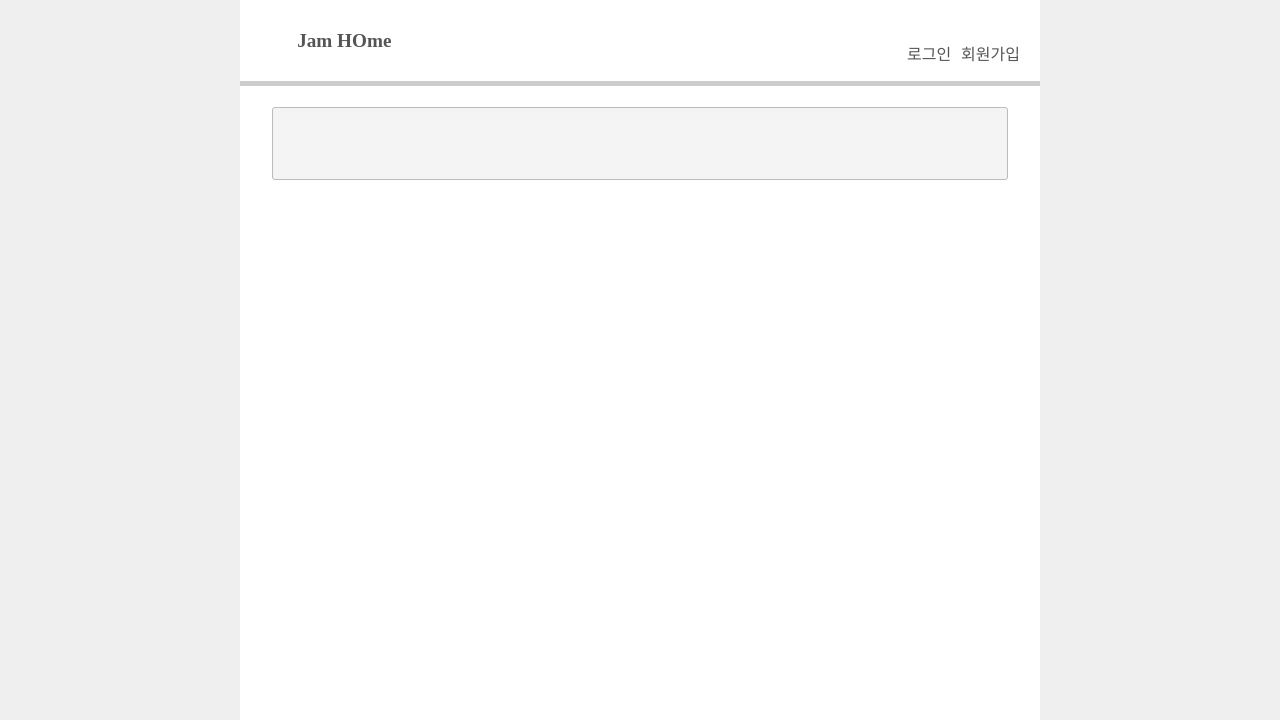
Repository: woals5636/JSPClass
Page: http://localhost/jspPro/days01/ex03_02.jsp
An editor plug-in stored every save of this project. The page is shown before and after the next save, followed by the edit.
The browser window is 1280 px wide. The pictures show the whole page.
Some web fonts or font styles are not loaded; a fallback is used. The page is served by Tomcat 9. Other server files are loaded and not shown.

Above is the page before, as saved 2024-10-15 05:54:56.

### jspPro/src/main/webapp/days01/ex03_02.jsp
<%@ page contentType="text/html; charset=UTF-8" pageEncoding="UTF-8"%>
<!DOCTYPE html>
<html>
<head>
<meta charset="UTF-8">
<title>Insert title here</title>
<link rel="shortcut icon" type="image/x-icon" href="http://localhost/jspPro/images/SiSt.ico">
<script src="https://ajax.googleapis.com/ajax/libs/jquery/3.7.1/jquery.min.js"></script>
<meta name="viewport" content="width=device-width, initial-scale=1.0">
<meta name="google" content="notranslate">
<link rel="stylesheet" href="http://localhost/jspPro/resources/cdn-main/example.css">
<script src="http://localhost/jspPro/resources/cdn-main/example.js"></script>
<style>
 span.material-symbols-outlined{
    vertical-align: text-bottom;
 }
</style>
</head>
<body>
<header>
  <h1 class="main"><a href="#" style="position: absolute;top:30px;">Jam HOme</a></h1>
  <ul>
    <li><a href="#">로그인</a></li>
    <li><a href="#">회원가입</a></li>
  </ul>
</header>
<div>
  <xmp class="code">

  </xmp>
</div>
</body>
</html>

### jspPro/src/main/webapp/resources/cdn-main/example.css
@charset "UTF-8";

@import url('https://fonts.googleapis.com/css2?family=Material+Symbols+Outlined:opsz,wght,FILL,GRAD@20..48,100..700,0..1,-50..200');

@font-face {
    font-family: 'GmarketSansMedium';
    src: url('https://cdn.jsdelivr.net/gh/projectnoonnu/noonfonts_2001@1.1/GmarketSansMedium.woff') format('woff');
    font-weight: normal;
    font-style: normal;
}

:root {
	--text-color: #555;
	--sub-text-color: #777;
	--back-color: #EFEFEF;
	--header-color: #444;
	--primary-color: #DEDEDE;
	--secondary-color: #EFEFEF;
	--default-width: 800px;
	--narrow-width: 500px;
	--wide-width: 1200px;
	--text-font: 'GmarketSansMedium';
	--icon-font: 'Material Symbols Outlined';
	--border-color: #CCC;
}

html, body {
	margin: 0;
	padding: 0;
}

html {
	background-color: var(--back-color);
	display: flex;
	justify-content: center;
	min-height: 100vh;
}

body, body.default {
	width: var(--default-width);
	background-color: white;
	padding-bottom: 120px;
}

body.wide {
	width: var(--wide-width);
}

body.narrow {
	width: var(--narrow-width);
}



body, p, div, span, a, input, select, option, textarea, button, table, th, td, label, fieldset, legend {
	font-family: var(--text-font);
	color: var(--text-color);
}

h1, h2, h3 {
	font-family: var(--text-font);
	color: var(--header-color);
	padding: 0 1rem;
	padding-top: .5rem;
}

div > h1, div > h2, div > h3 {
	padding: 0;
}

body > div, body > main > div {
	padding: 0.3rem 1rem;
}


h1 { font-size: 2rem; border-bottom: 1px solid var(--border-color); }
h1 small { font-size: 1.2rem; color: var(--sub-text-color); }
h2 { font-size: 1.5rem; border-bottom: 1px dashed var(--border-color); }
h2 small { font-size: 1.1rem; color: --sub-text-color; }
h3 { font-size: 1.2rem; }
h3 small { font-size: 1rem; color: --sub-text-color; }



h1.main::before {
	font-family: var(--icon-font);
  	content: '\e666';
  	margin-right: 10px;
  	float: left;
	font-size: 2.5rem;
}

h1.sub::before {
	font-family: var(--icon-font);
  	content: '\ea19';
  	margin-right: 10px;
  	float: left;
	font-size: 2.5rem;
}


h1.page::before {
	font-family: var(--icon-font);
  	content: '\e0e0';
  	margin-right: 10px;
  	float: left;
	font-size: 2.5rem;
}

body > header > ul > li > .active{
	background-color: #FFF;
	color:#F00;
}

body > header {
	display: flex;
	justify-content: space-between;
	border-bottom: 5px solid var(--border-color);
	min-height: 74px;
	background-color: #FFF;
}

body > header.sticky {
	position: sticky;
	top: 0;
	z-index: 98;
}

body > header > h1 {
	font-size: 1.2rem;
	border: 0;
}

body > header.in > h1::before {
	font-family: var(--icon-font);
  	content: '\e332‥';
  	margin-right: 3px;
  	float: left;
	font-size: 2rem;
}


body > header > ul {
	list-style-type: none;
	display: flex;
	align-items: flex-end;
	margin-right: 10px;
}

body > header > ul > li {
	margin-right: 10px;
	cursor: pointer;
}

body > header > ul > li > a {
	cursor: pointer;
}


form {
	display: block;
}

form > div {
	padding: 0.3rem 1rem;
}

div > form > div {
	padding: 0.3rem 0;
}

input, textarea, button, select {
	border: 1px solid #BBB;
	border-radius: 3px;
	outline: none;
	resize: none;
	padding: 7px;
	margin: 0;
}

input[type=text]:read-only, textarea:read-only {
	cursor: not-allowed;
	background-color: #FFF;
}

input[type=text]:disabled, textarea:disabled {
	cursor: not-allowed;
	background-color: #EEE;
}

input[type=text], input[type=password], textarea, button, select {
	/* width: 300px; */
}

textarea {
	display: block;
	height: 100px;
}

input[type=button], input[type=submit], button {
	/* width: inherit; */
}

input.short, textarea.short, button.short, select.short {
	width: 100px;
}

input.long, textarea.long, button.long, select.long {
	width: 350px;
}

.narrow input.long, .narrow textarea.long, .narrow button.long, .narrow select.long {
	width: calc(100% - 20px);
}

input.full, textarea.full, button.full, select.full {
	width: calc(100% - 20px);
}

textarea.short {
	height: 50px;
}

textarea.long {
	height: 100px;
}

textarea.full {
	height: 200px;
}

input, textarea {
	padding-top: 8px;
}

input[type=button], input[type=submit], button {
	padding: 5px 10px;
	background-color: var(--secondary-color);
	cursor: pointer;
	min-height: 36px;
}

input[type=button].primary, input[type=submit].primary, button.primary {
	/* background-color: rgba(100, 149, 237, .2); */
	background-color: var(--primary-color);
}

input[type=button].primary:hover, input[type=submit].primary:hover, button.primary:hover {
	/* background-color: rgba(100, 149, 237, .3); */
	background-color: var(--secondary-color);
}

input[type=button]:hover, input[type=submit]:hover, button:hover {
	background-color: var(--primary-color);
}

button {
	position: relative;
	left: 0;
	top: 0;
	padding-left: 35px;
}

button .material-symbols-outlined {
	position: absolute;
	left: 10px;
	top: 4px;
}

/* k2nik add */
button.login::before {
	font-family: var(--icon-font);
  	content: '\ea77';
	position: absolute;
	left: 11px;
	top: 4px;
	font-size: 1.25rem;
}

/* k2nik logout */
button.logout::before {
	font-family: var(--icon-font);
  	content: '\e9ba';
	position: absolute;
	left: 11px;
	top: 4px;
	font-size: 1.25rem;
}

/* k2nik help */
button.help::before {
	font-family: var(--icon-font);
  	content: '\f1c0';
	position: absolute;
	left: 11px;
	top: 4px;
	font-size: 1.25rem;
}

button.add::before{
	font-family: var(--icon-font);
  	content: '\e746';
	position: absolute;
	left: 11px;
	top: 4px;
	font-size: 1.25rem;
}

button.back::before {
	font-family: var(--icon-font);
  	content: '\e166';
	position: absolute;
	left: 11px;
	top: 4px;
	font-size: 1.25rem;
}

button.list::before {
	font-family: var(--icon-font);
  	content: '\e0ee';
	position: absolute;
	left: 11px;
	top: 4px;
	font-size: 1.25rem;
}


button.del::before {
	font-family: var(--icon-font);
  	content: '\e872';
	position: absolute;
	left: 11px;
	top: 4px;
	font-size: 1.25rem;
}


button.edit::before {
	font-family: var(--icon-font);
  	content: '\e745';
	position: absolute;
	left: 11px;
	top: 4px;
	font-size: 1.25rem;
}


button.login::before {
	font-family: var(--icon-font);
  	content: '\ea77';
	position: absolute;
	left: 11px;
	top: 4px;
	font-size: 1.25rem;
}


button.logout::before {
	font-family: var(--icon-font);
  	content: '\e9ba';
	position: absolute;
	left: 11px;
	top: 4px;
	font-size: 1.25rem;
}


button.in::before {
	font-family: var(--icon-font);
  	content: '\f71a';
	position: absolute;
	left: 11px;
	top: 4px;
	font-size: 1.25rem;
}


button.out::before {
	font-family: var(--icon-font);
  	content: '\f70e';
	position: absolute;
	left: 11px;
	top: 4px;
	font-size: 1.25rem;
}


button.reply::before {
	font-family: var(--icon-font);
  	content: '\e15e';
	position: absolute;
	left: 11px;
	top: 4px;
	font-size: 1.25rem;
}


button.comment::before {
	font-family: var(--icon-font);
  	content: '\e0b9';
	position: absolute;
	left: 11px;
	top: 4px;
	font-size: 1.25rem;
}


button.modal::before {
	font-family: var(--icon-font);
  	content: '\e89e';
	position: absolute;
	left: 11px;
	top: 4px;
	font-size: 1.25rem;
}


button.ok::before {
	font-family: var(--icon-font);
  	content: '\e86c';
	position: absolute;
	left: 11px;
	top: 4px;
	font-size: 1.25rem;
}


button.cancel::before {
	font-family: var(--icon-font);
  	content: '\e5c9';
	position: absolute;
	left: 11px;
	top: 4px;
	font-size: 1.25rem;
}

button.search::before {
	font-family: var(--icon-font);
  	content: '\e8b6';
	position: absolute;
	left: 11px;
	top: 4px;
	font-size: 1.25rem;
}

button.home::before {
	font-family: var(--icon-font);
  	content: '\e88a';
	position: absolute;
	left: 11px;
	top: 4px;
	font-size: 1.25rem;
}


button.sidebar::before {
	font-family: var(--icon-font);
  	content: '\f7e4';
	position: absolute;
	left: 11px;
	top: 4px;
	font-size: 1.25rem;
}


button.sidebar-right::before {
	font-family: var(--icon-font);
  	content: '\f7e5';
	position: absolute;
	left: 11px;
	top: 4px;
	font-size: 1.25rem;
}




button::before {
	font-family: var(--icon-font);
  	content: '\e323';
	position: absolute;
	left: 11px;
	top: 4px;
	font-size: 1.25rem;
}


table {
	border-collapse: collapse;
	margin: 1rem;
	box-sizing: border-box;
	width: calc(100% - 32px);
}

table.content {
	width: auto;
}

div > table {
	margin: 0;
}

table th, table td {
	border: 1px solid var(--border-color);
	padding: 7px;
	font-weight: normal;
}

table th {
	background-color: var(--back-color);
}

table.vertical th {
	width: 150px;
}

table.vertical td {
	width: calc(100% - 182px);
	padding-left: 10px;
}

table.content td, table.content th {
	width: auto;
}

body.narrow table.vertical th {
	width: 100px;
}

body.narrow table.vertical td {
	width: calc(100% - 182px);
}


table + table {
	margin-top: 30px;
}


p {
	padding: 0 1rem;
}

a {
	text-decoration: none;
}

a:hover {
	color: rgba(255, 99, 71, .7);
}

hr {
	border: 0;
	border-top: 1px solid var(--border-color);
	margin: 2rem 0;
}

.message {
	border: 1px solid var(--border-color);
	background-color: #EFEFEF;
	margin: 1rem;
	width: auto;
	padding-top: 10px;
	padding-bottom: 10px;
	font-size: 14px;
}

.message[title]::before {
	content: attr(title);
	display: block;
	border-bottom: 1px solid var(--border-color);
	padding-bottom: 5px;
	margin-bottom: 10px;
	margin-top: 7px;
}

.message.short {
	max-width: 250px;
}

.message.long {
	max-width: 500px;
}

.badge {
	float: right;
	font-size: .8rem;
	margin-top: 2px;
	margin-right: 2px;
	text-shadow: 0 0 7px gray;
}

.badge.left {
	float: none;
	margin-left: 2px;
}

.badge.right {
	float: right;
}

.badge.red {
	border-radius: 50%;
	padding: 2px 5px;
	background-color: rgb(255, 99, 71, .3);
}

.badge.yellow {

	border-radius: 50%;
	padding: 2px 5px;
	background-color: rgb(255, 215, 0, .5);
}

.badge.blue {
	border-radius: 50%;
	padding: 2px 5px;
	background-color: rgb(100, 149, 237, .3);
}

label + label {
	margin-left: 7px;
}

label input[type=checkbox], label input[type=radio] {
	transform: translate(0, 1px);
}

.group {
	display: flex;
}

.modal-content .group {
	margin-bottom: .5rem;
}

.group label {
	border: 1px solid #BBB;
	border-radius: 3px;
	outline: none;
	resize: none;
	padding: 7px 14px;
	margin: 0;
	border-top-right-radius: 0;
	border-bottom-right-radius: 0;
	background-color: #EFEFEF;
	white-space: nowrap;
	font-size: 14px;
}

.group input[type=text] {
	margin-left: -1px;
	border-top-left-radius: 0;
	border-bottom-left-radius: 0;
}

.group select {
	margin-left: -1px;
	border-top-left-radius: 0;
	border-bottom-left-radius: 0;
}

.group input.full[type=text] {
	margin-left: -1px;
	border-top-left-radius: 0;
	border-bottom-left-radius: 0;
	width: 100%;
}

.group input[type=button]:first-child, .group button:first-child {
	border-top-left-radius: 3px;
	border-bottom-left-radius: 3px;
	margin-left: 0px;
}

.group input[type=button], .group button {
	border-radius: 0;
	margin-left: -1px;
}

.group input[type=button]:last-child, .group button:last-child {
	margin-left: -1px;
	border-top-right-radius: 3px;
	border-bottom-right-radius: 3px;
}

.seperate {
	display: flex;
	justify-content: space-between;
}

div.list {
	width: max-content;
	margin: 1rem;
	border: 1px solid #BBB;
	border-radius: 3px;
	padding: 0;
}

div.list.full {
	width: auto;
	display: block;
	margin: 1rem;
	border: 1px solid #BBB;
	border-radius: 3px;
	padding: 0;
}

div.list > div {
	padding: .5rem 1rem;
	margin: 0;
	border-bottom: 1px solid #BBB;
}

div.list > div:last-child {
	border-bottom: 0;
}

pre.code , xmp.code{
	font-family: consols;
	background-color: rgba(150, 150, 150, .1);
	border: 1px solid #BBB;
	border-radius: 3px;
	padding: .5rem 1rem;
	padding-bottom: .6rem;
	margin: 1rem;
}




*[data-modal-window] {
	position: fixed;
	background-color: rgba(0, 0, 0, .3);
	left: 0;
	top: 0;
	display: none;
	justify-content: center;
	align-items: flex-start;
	width: 100%;
	min-height: 100vh;
	z-index: 100;
	opacity: 0;
	transition: 500ms all;
}

*[data-modal-window] .modal-container {
	border-radius: 5px;
	padding: 1rem;
	padding-bottom: .5rem;
	margin-top: -500px;
	opacity: 0;
	width: 500px;
	background-color: #FFF;
	margin-right: 2rem;
	transition: 500ms all;
}

*[data-modal-size=content] .modal-container {
	width: auto;
}

*[data-modal-size=narrow] .modal-container {
	width: 300px;
}

*[data-modal-size=wide] .modal-container {
	width: 760px;
}


*[data-modal-window] .modal-header {
	border-bottom: 1px solid var(--border-color);
	padding: 2px 5px;
}

*[data-modal-window] .modal-content {
	padding: 1rem 5px;
}

*[data-modal-window] .modal-content div:last-child {
	margin-top: 1rem;
	text-align: right;
}



*[data-sidebar-window] {
	position: fixed;
	background-color: #FFF;
	left: 0;
	top: 0;
	display: block;
	width: 300px;
	border-right: 1px solid var(--border-color);
	box-sizing: border-box;
	box-shadow: 0 0 3px var(--back-color);
	min-height: 100vh;
	z-index: 99;
	transform: translate(-300px, 0);
	transition-duration: 500ms;
	transition-property: transform;
}

*[data-sidebar-direction=right] {
	left: auto;
	right: 0;
	transform: translate(300px, 0);
	border-left: 1px solid var(--border-color);
}

*[data-sidebar-size=wide] {
	width: 500px;
	transform: translate(-500px, 0);
}

*[data-sidebar-window] .sidebar-title {
	border-bottom: 1px solid var(--border-color);
	margin-top: 20px;
	margin-bottom: 20px;
	padding-bottom: 5px;
	display: flex;
	justify-content: space-between;
}

*[data-sidebar-window] .sidebar-title span:last-child {
	cursor: pointer;
}


/* K2Nik pagination */
.center {
  text-align: center;
}

.pagination {
  display: inline-block;
}

.pagination a {
  color: black;
  float: left;
  padding: 3px 6px;
  text-decoration: none;
  transition: background-color .3s;
  border: 1px solid #ddd;
  margin: 0 3px;
}

.pagination a.active {
  background-color: #4CAF50;
  color: white;
  border: 1px solid #4CAF50;
}

.pagination a:hover:not(.active) {background-color: #ddd;}

### jspPro/src/main/webapp/resources/cdn-main/example.js

window.onload = () => {

    const list = document.querySelectorAll('input, textarea');

    list.forEach(item => {
        item.setAttribute('autocomplete', 'off');
    });


    const modal_btn_list = document.querySelectorAll('*[data-modal-button]');

    modal_btn_list.forEach(item => {
        item.onclick = function() {

            const name = this.dataset['modalButton'];
            const modal_window = document.querySelector('*[data-modal-window=' + name);

            const container = document.createElement('div');
            container.className = 'modal-container';



            const modal_header = document.createElement('div');
            modal_header.textContent = modal_window.dataset['modalTitle'];
            modal_header.className = 'modal-header';
            container.appendChild(modal_header);

            const modal_content = document.createElement('div');
            modal_content.className = 'modal-content';
            container.appendChild(modal_content);

            Array.from(modal_window.childNodes).forEach(item => {
                modal_content.appendChild(item);
            });

            modal_window.appendChild(container);

            modal_window.style.display = 'flex';

            setTimeout(() => {
                modal_window.style.opacity = 1;
                container.style.marginTop = '20px';
                container.style.opacity = 1;
            }, 50);


            const modal_ok = document.querySelector('*[data-modal-ok=' + name);
            modal_ok.addEventListener('click', function() {
                modal_window.style.opacity = 0;
                container.style.marginTop = '-500px';
                container.style.opacity = 0;

                setTimeout(() => {
                    modal_window.innerHTML = modal_content.innerHTML;
                    modal_window.style.display = 'none';
                }, 500);

            });

            const modal_cancel = document.querySelector('*[data-modal-cancel=' + name);
            modal_cancel.addEventListener('click', function() {

                modal_window.style.opacity = 0;
                container.style.marginTop = '-500px';
                container.style.opacity = 0;

                setTimeout(() => {
                    modal_window.innerHTML = modal_content.innerHTML;
                    modal_window.style.display = 'none';
                }, 500);
            });


        };
    });


    const sidebar_btn_list = document.querySelectorAll('*[data-sidebar-button]');

    sidebar_btn_list.forEach(item => {
        item.onclick = function() {



            const name = this.dataset['sidebarButton'];
            const sidebar_window = document.querySelector('*[data-sidebar-window=' + name);

            if (sidebar_window.style.transform == 'translate(0px, 0px)') return;



            sidebar_window.style.transform = 'translate(0, 0)';

            const sidebar_title = document.createElement('div');
            sidebar_title.className = 'sidebar-title';
            sidebar_title.innerHTML = '<span>' + sidebar_window.dataset['sidebarTitle'] + '</span><span class="material-symbols-outlined">close</span>';

            sidebar_title.children[1].onclick = function() {

                let sign = 1;
                let distance = 300;

                if (sidebar_window.dataset['sidebarDirection'] != 'right') {
                    sign = -1;
                } else {
                    sign = 1;
                }

                if (sidebar_window.dataset['sidebarSize'] != 'wide') {
                    distance = 300;
                } else {
                    distance = 500;
                }

                distance *= sign;

                sidebar_window.style.transform = 'translate(' + distance + 'px, 0)';

                setTimeout(function() {
                    sidebar_window.removeChild(sidebar_window.children[0]);
                }, 500);
            };


            sidebar_window.prepend(sidebar_title);

        }
    });

};

// window.onkeydown = function(event) {

//     if (event.keyCode == 27) {
//         if (document.querySelector('[data-modal-window').style.display == 'flex') {
//             document.querySelector('[data-modal-window').style.display = 'none';
//         }
//     }

// };

After the next save:
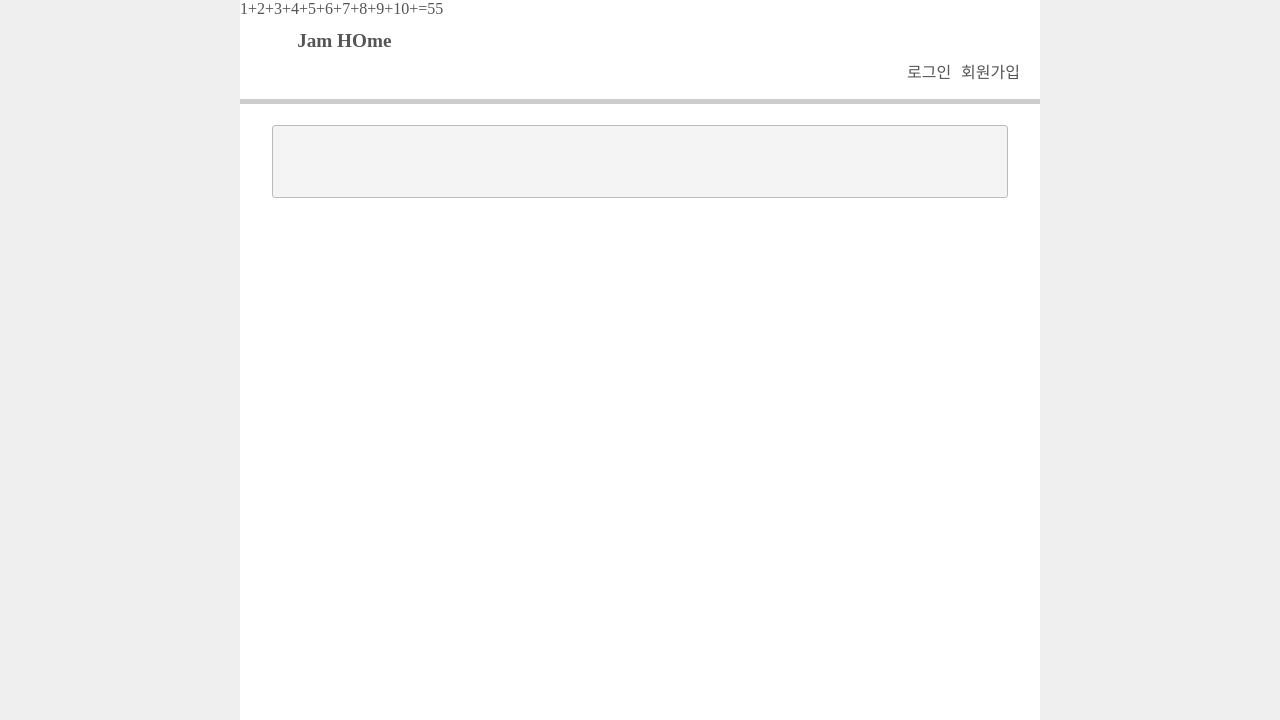
Saved 13 min 0 s later.
--- a/jspPro/src/main/webapp/days01/ex03_02.jsp
+++ b/jspPro/src/main/webapp/days01/ex03_02.jsp
@@ -1,4 +1,14 @@
 <%@ page contentType="text/html; charset=UTF-8" pageEncoding="UTF-8"%>
+	  <%
+		int sum = 0;
+		for(int i = 1; i <=10; i++){
+			sum+=i;
+			// System.out.printf("%d+",i));
+			out.write(i+"+");
+		} // for
+		// System.out.printf("=%d\n", sum));
+		out.write("="+sum);
+	  %>
 <!DOCTYPE html>
 <html>
 <head>
@@ -28,6 +38,9 @@
   <xmp class="code">
 
   </xmp>
+  	<p id="demo">
+
+	</p>
 </div>
 </body>
 </html>

After the 5 saves that followed:
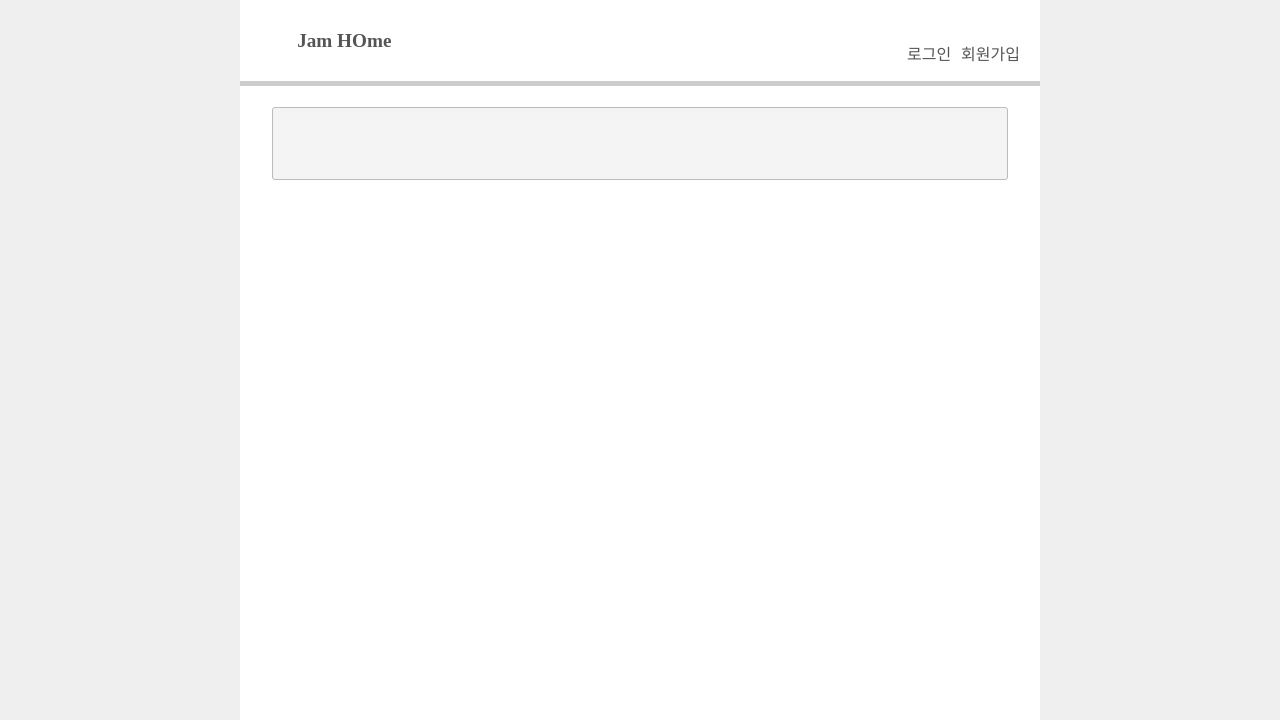
The 5 saves are shown as one change because 4 left the picture as it was.
The last was saved 2 min 16 s later.
--- a/jspPro/src/main/webapp/days01/ex03_02.jsp
+++ b/jspPro/src/main/webapp/days01/ex03_02.jsp
@@ -1,14 +1,17 @@
 <%@ page contentType="text/html; charset=UTF-8" pageEncoding="UTF-8"%>
-	  <%
-		int sum = 0;
-		for(int i = 1; i <=10; i++){
-			sum+=i;
-			// System.out.printf("%d+",i));
-			out.write(i+"+");
-		} // for
-		// System.out.printf("=%d\n", sum));
-		out.write("="+sum);
-	  %>
+<%
+	String content="";
+	int sum = 0;
+	for(int i = 1; i <=10; i++){
+		sum+=i;
+		// System.out.printf("%d+",i));
+		// out.write(i+"+");
+		content += i+"+";
+	} // for
+	// System.out.printf("=%d\n", sum));
+	// out.write("="+sum);
+	content += "="+sum;
+ %>
 <!DOCTYPE html>
 <html>
 <head>
@@ -38,7 +41,7 @@
   <xmp class="code">
 
   </xmp>
-  	<p id="demo">
+	<p id="demo">
 
 	</p>
 </div>
